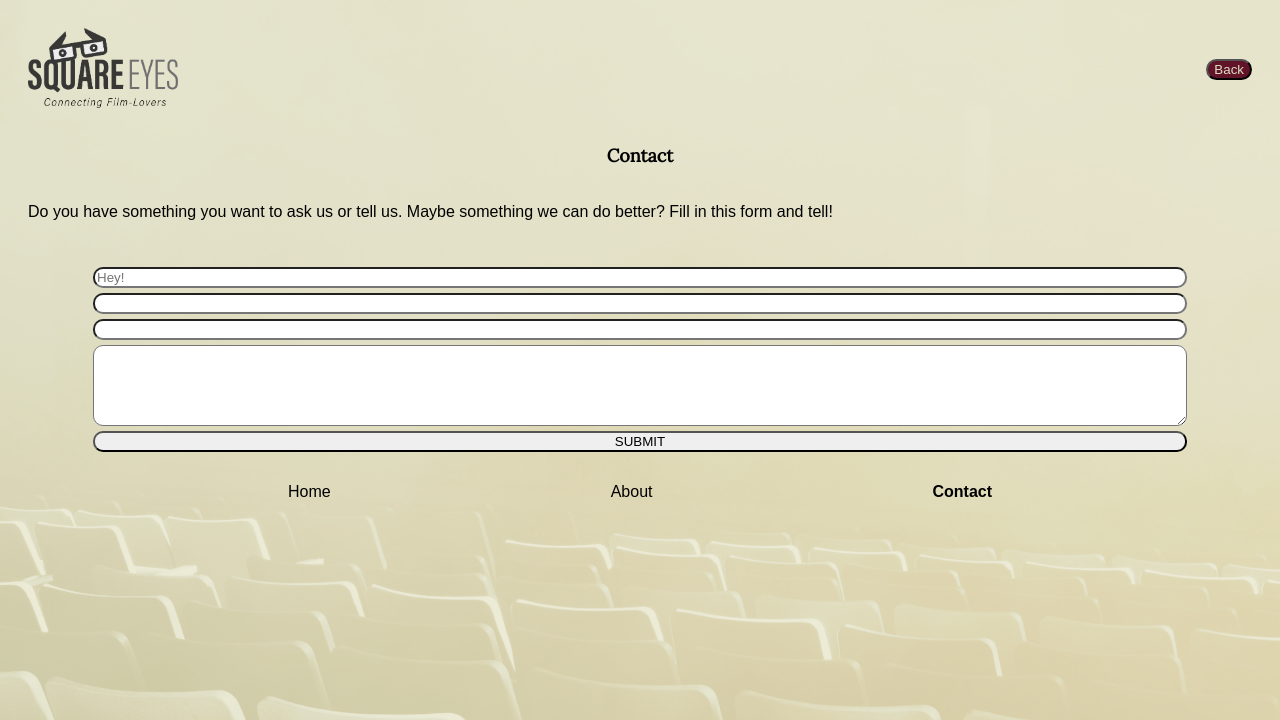
Repository: Noroff-FEU-Assignments/cross-course-project-Bekkholt
Page: contact.html
These files come from the project's save history. The page is drawn as it stood at one moment and after the next save; the edit follows.
The browser window is 1280 px wide. The pictures show the whole page.

Above is the page before, as saved 2022-11-03 11:43:08.

### contact.html
<!DOCTYPE html>
<html>
  <head>
    <title>Square Eyes | Contact</title>
    <meta name="description" content="Square Eyes - Connecting film lovers." />
    <meta name="viewport" content="width=device-width, initial-scale=1" />
    <link href="css/index.css" rel="stylesheet">
    <link rel="preconnect" href="https://fonts.googleapis.com">
    <link rel="preconnect" href="https://fonts.gstatic.com" crossorigin>
    <link href="https://fonts.googleapis.com/css2?family=Lora&display=swap" rel="stylesheet">
  </head>
  <body>
    <header>
      <a href="index.html"><img class="logo" src="images/SquareEyes_Logo.png" alt="Square Eyes logo"></a>
      <a href="index.html"><button class="cta">Back</button></a>
    </header>
    <main>
    <h1>Contact</h1>
    <p>
        Do you have something you want to ask us or tell us. Maybe something we can do better? Fill in this form and tell!
    </p>
    <form action="submit.php" method="post">
      <input class="contact_form" placeholder="Hey!" type="text" name="fullname" />
      <input class="contact_form" type="email" name="email" />
      <input class="contact_form" type="text" name="subject" />
      <textarea class="contact_form" id="message" name="message" rows="5" cols="20"></textarea>
      <input class="contact_form" type="submit" value="SUBMIT" />
    </form>
  </main>
  <footer>
    <nav>
      <ul>
        <li><a href="index.html">Home</a></li>
        <li><a href="about.html">About</a></li>
        <li><a href="contact.html" class="active">Contact</a></li>
      </ul>
    </nav>
  </footer>
  </body>
</html>

### css/index.css
html {
    background: url(../images/alex-avalos-dnUNjIUCg5c-unsplash.jpg);
    background-size: cover;
    background-repeat: no-repeat;
    background-blend-mode:soft-light;
    background-color: #ddddc5;
    min-height: 100%;
}

h1, h2 {
    font-family: 'Lora', serif;
    font: bold;
    font-size: large;
    text-align: center;
    font-weight: bold;
}

p {
    font-family: 'DM Sans', sans-serif;
    color: #000000;
    text-align: left;
    padding: 20px;
}

form {
    color: #000000;
    display: flex;
    flex-direction: column;
    padding: 10px 85px 10px 85px;
}

header {
display: flex;
flex-direction: row;
justify-content: space-between;
align-items: center;
padding: 20px;
}

input[type=text] [type=email] {
    padding: 10px;
    width: 100%;
}

.genre, .price {
    display: flex;
    flex-direction: row;
    justify-content: space-around;
}

.price {
    padding-top: 0px;
    padding-bottom: 10px;
}

.hobbs, .godzilla, .batman,
.toy-story, .addams, .sweetheart, .hollywood, .scream, .director_photo {
    max-width: 100px;
    margin: 0px;
}

.collections {
    display: flex;
    flex-direction: row;
    justify-content: space-around;
}

.cta {
    background-color: #611428;
    color: #ddddc5;
    border-radius: 50px;
    max-width: 100px;
    text-decoration: none;
    text-align: center;
}

.logo {
    max-width: 150px;
    padding: 0px;
}

ul a {
    font-family: 'DM Sans', sans-serif;
    color: #000000;
    text-decoration: none;
}

ul {
    list-style: none;
    display: flex;
    flex-direction: row;
    justify-content: space-evenly;
    padding: 0%;
}

.active {
    font-weight: bold;
}

.allproducts {
    display: flex;
    flex-direction: row;
}

.addams__specific {
    max-width: 50%;
    max-height: 50%;
    padding: 95px;
    padding-top: 20px;
    padding-bottom: 20px;
}

.checkmark {
    padding-left: 155px;
}

.checkout_buttons {
    display: flex;
    flex-direction: column;
    align-items: center;
    padding-top: 5px;
}

.index {
    text-align: left;
    padding-left: 15px;
}

.continue {
    text-align: center;
}

.congratulations {
    color: #611428;
    font-size: x-large;
}

.director_photo {
    padding-left: 20px;
}

.contact_form {
    margin-bottom: 5px;
    border-radius: 10px;
}

After the next save:
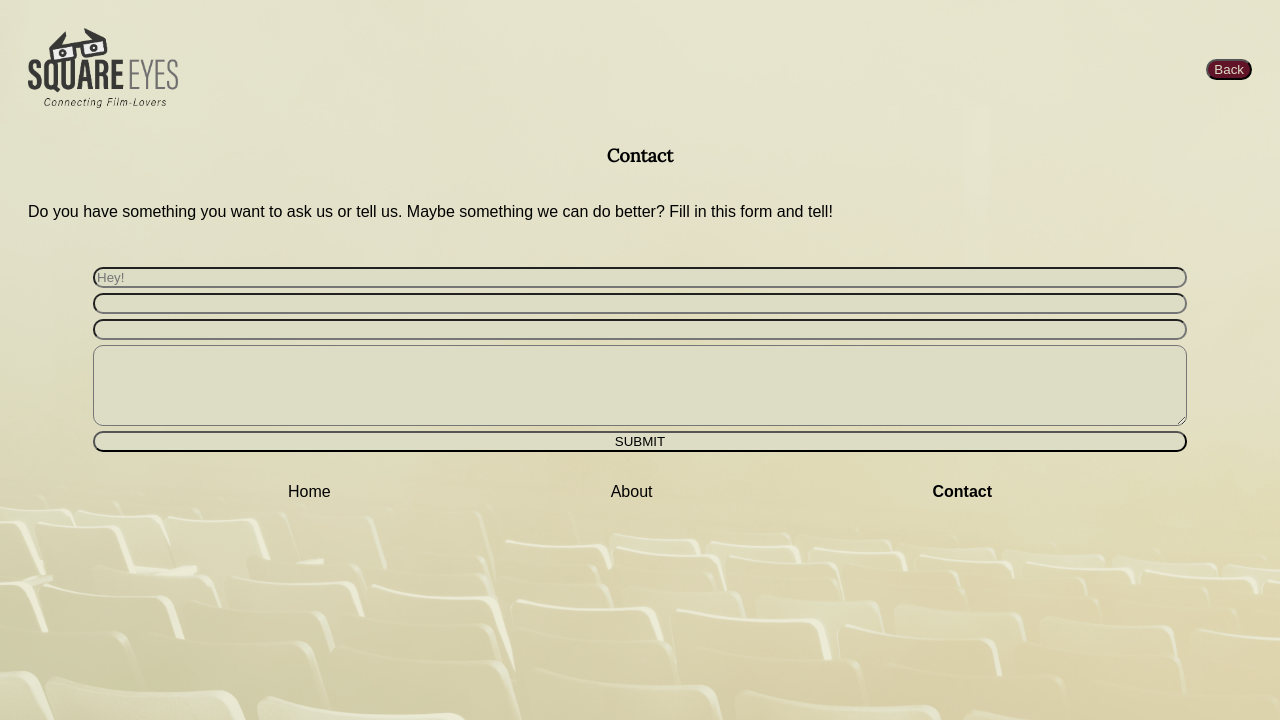
Saved 38 s later.
--- a/css/index.css
+++ b/css/index.css
@@ -142,4 +142,5 @@
 .contact_form {
     margin-bottom: 5px;
     border-radius: 10px;
+    background-color: #ddddc5;
 }
